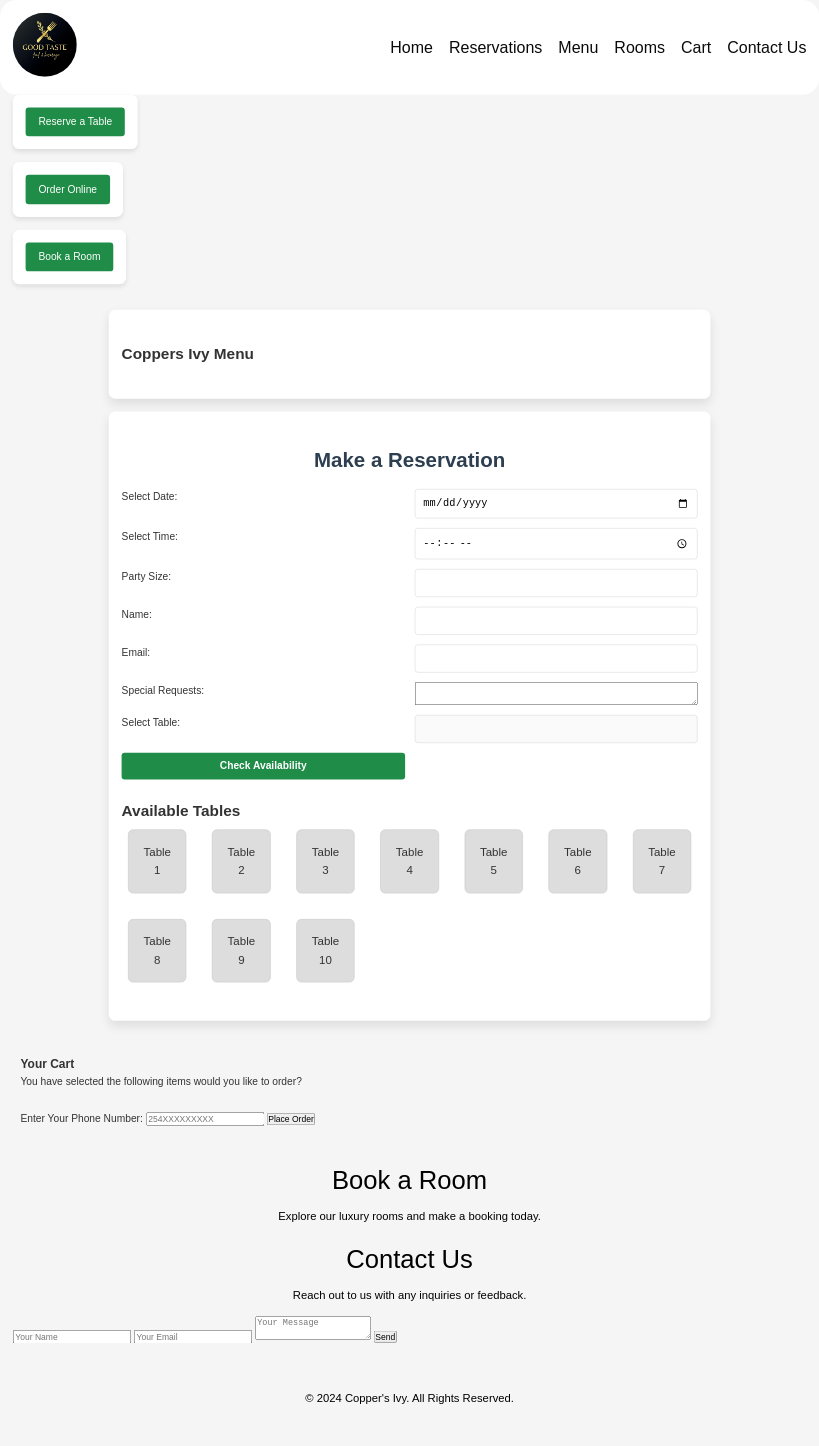
Repository: malingubarnice/Online-Reservation-System
Page: index.html
These files come from the project's save history. The page is drawn as it stood at one moment and after the next save; the edit follows.
The browser window is 1280 px wide. The pictures show the whole page, at 64% of full size.

Above is the page before, as saved 2025-02-07 18:23:44.

After the next save:
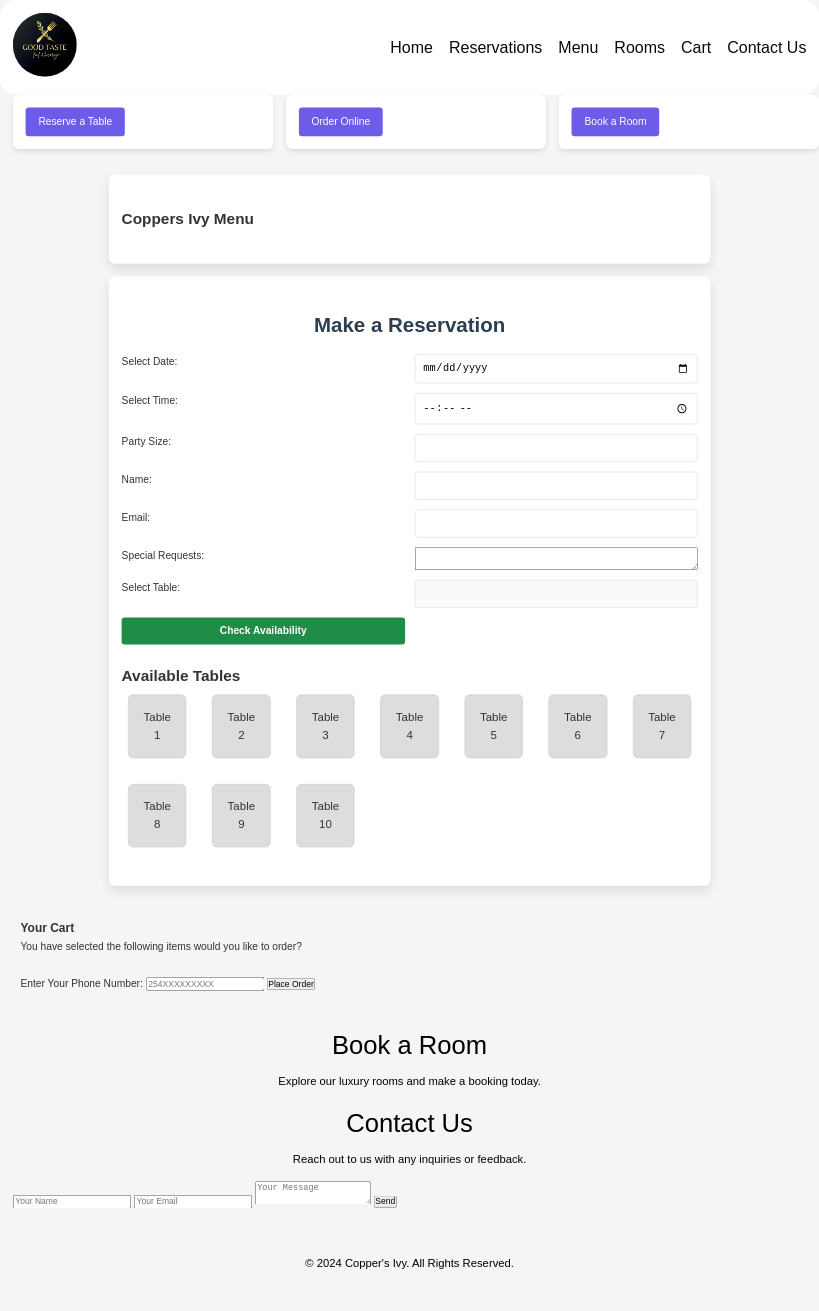
Saved 5 min 30 s later.
--- a/styles.css
+++ b/styles.css
@@ -91,7 +91,8 @@
     display: flex;
     justify-content: flex-start;
     align-items: flex-start;
-    flex-direction: column;
+    flex-direction: row;  /* This will place the features next to each other */
+    gap: 20px;  /* Adds space between each feature box */
     margin-left: 20px;  /* Adjust the space from the left */
   }
 
@@ -102,13 +103,16 @@
     margin-bottom: 20px;
     box-shadow: 0 4px 8px rgba(0, 0, 0, 0.1);
     border-radius: 10px;
+    flex: 1;  /* Makes each feature box take equal width */
   }
 
+  /* Feature Header */
   .feature h2 {
     font-size: 22px;
     margin-bottom: 10px;
   }
 
+  /* Feature Description */
   .feature p {
     font-size: 16px;
     color: #555;
@@ -117,7 +121,7 @@
   /* Optional: Adjusting feature links */
   .feature a {
     display: inline-block;
-    background-color: #1f8c47;
+    background-color: #6c5ce7;
     color: #fff;
     padding: 10px 20px;
     border-radius: 5px;
@@ -126,7 +130,7 @@
   }
 
   .feature a:hover {
-    background-color: #07e262;
+    background-color: #4834d4;
   }
 
 
